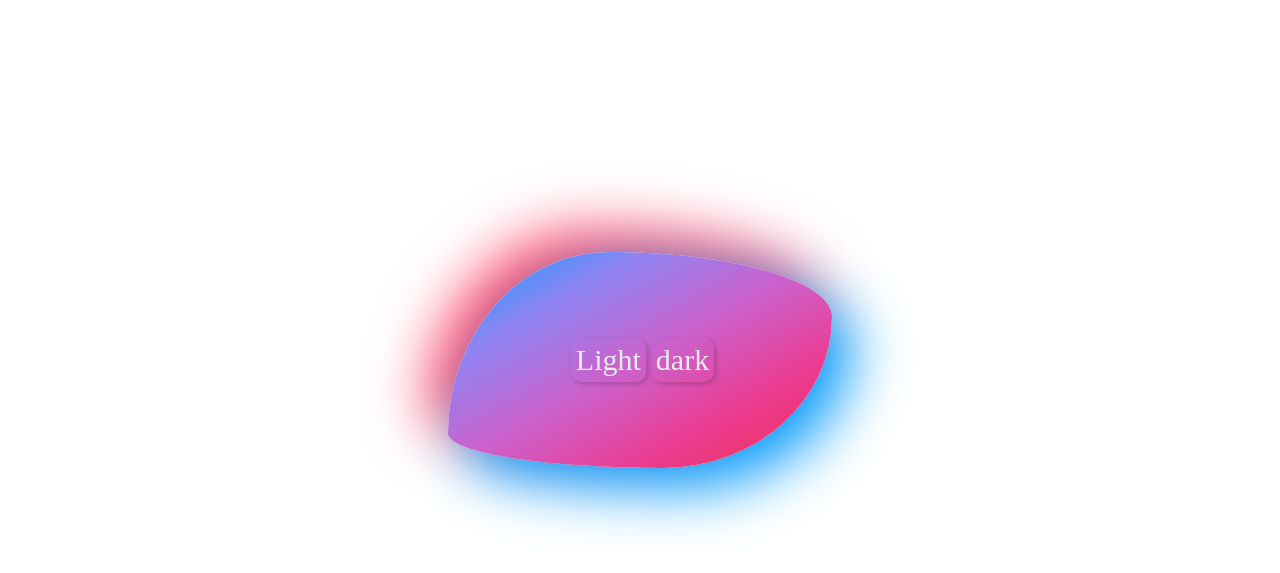
Repository: Yuukicoder/basicProject
Page: project1.html
These files come from the project's save history. The page is drawn as it stood at one moment and after the next save; the edit follows.
The browser window is 1280 px wide. The pictures show the whole page.
Some web fonts or font styles are not loaded; a fallback is used.

Above is the page before, as saved 2023-02-24 22:48:30.

After the next save:
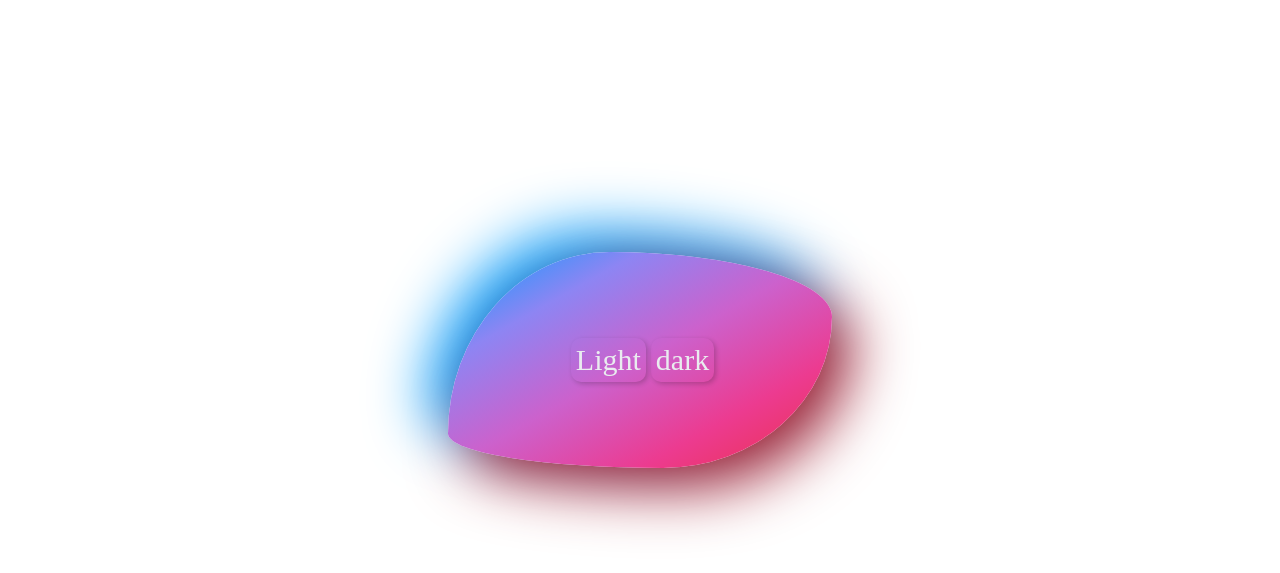
Saved 19 s later.
--- a/assets/css/project1.css
+++ b/assets/css/project1.css
@@ -34,7 +34,7 @@ body {
   justify-content: center;
   /* border-radius: 50px; */
   /* background: #ec2f4b; */
-  box-shadow: 20px 20px 60px #009fff, -20px -20px 60px #ff3e63;
+  box-shadow: 20px 20px 60px #a02033, -20px -20px 60px #009fff;
 }
 button {
   background: transparent;
